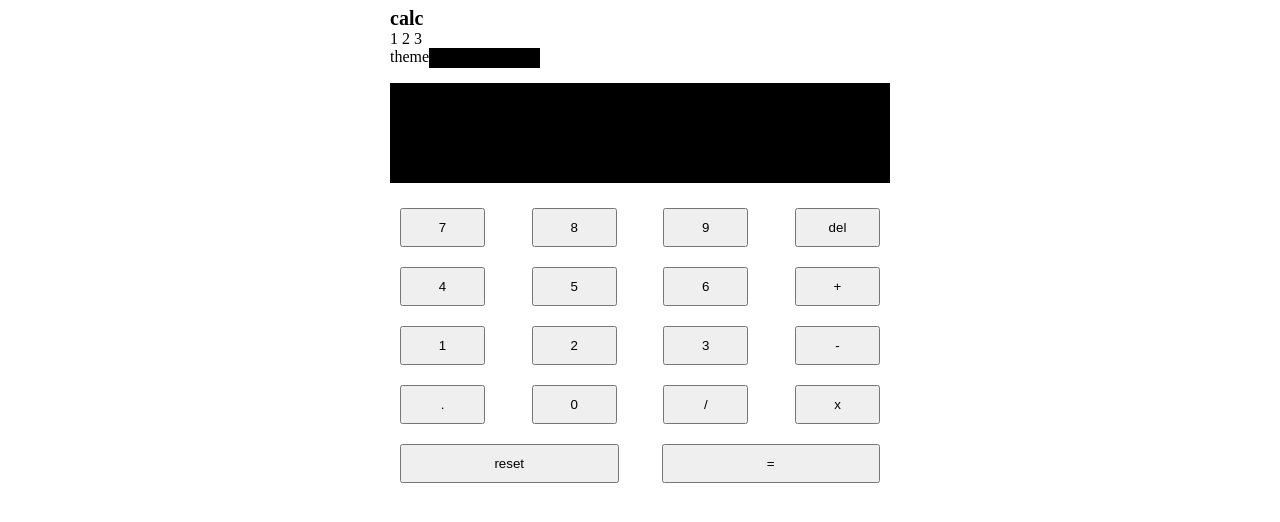
Repository: Eugene44-hub/basic-calculator
Page: index.html
These files come from the project's save history. The page is drawn as it stood at one moment and after the next save; the edit follows.
The browser window is 1280 px wide. The pictures show the whole page.

Above is the page before, as saved 2021-10-02 02:37:12.
Console error: SyntaxError: Unexpected end of input

After the next save:
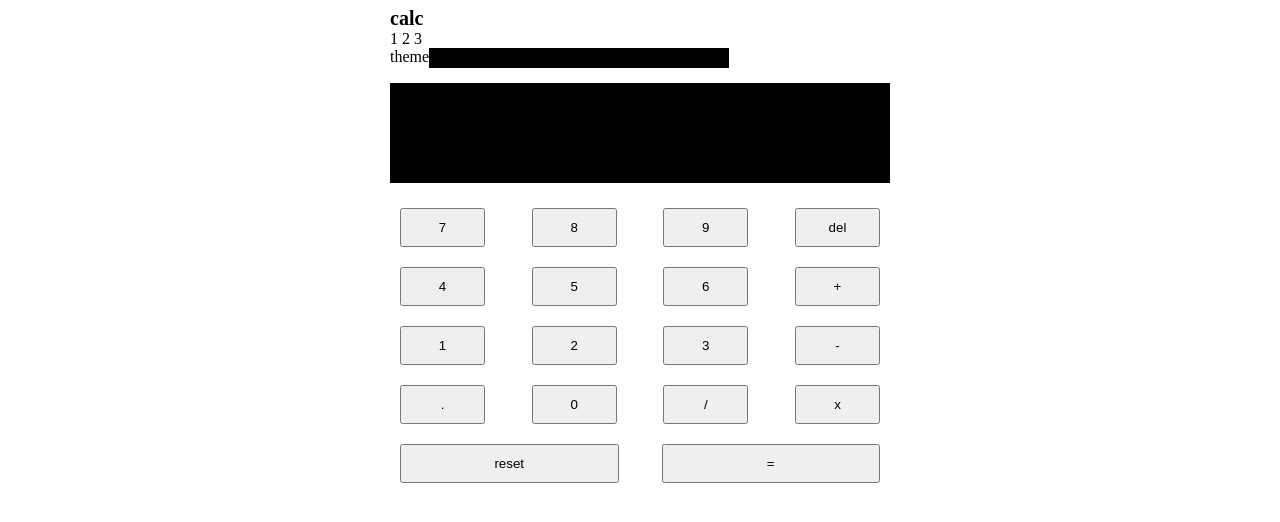
Saved 24 s later.
--- a/style.css
+++ b/style.css
@@ -34,9 +34,7 @@ h2 {
     flex: 50%;
 }
 
-.number-toggle {
-    width: 30%;
-}
+.number-toggle {}
 
 span {
     flex: 30%;
